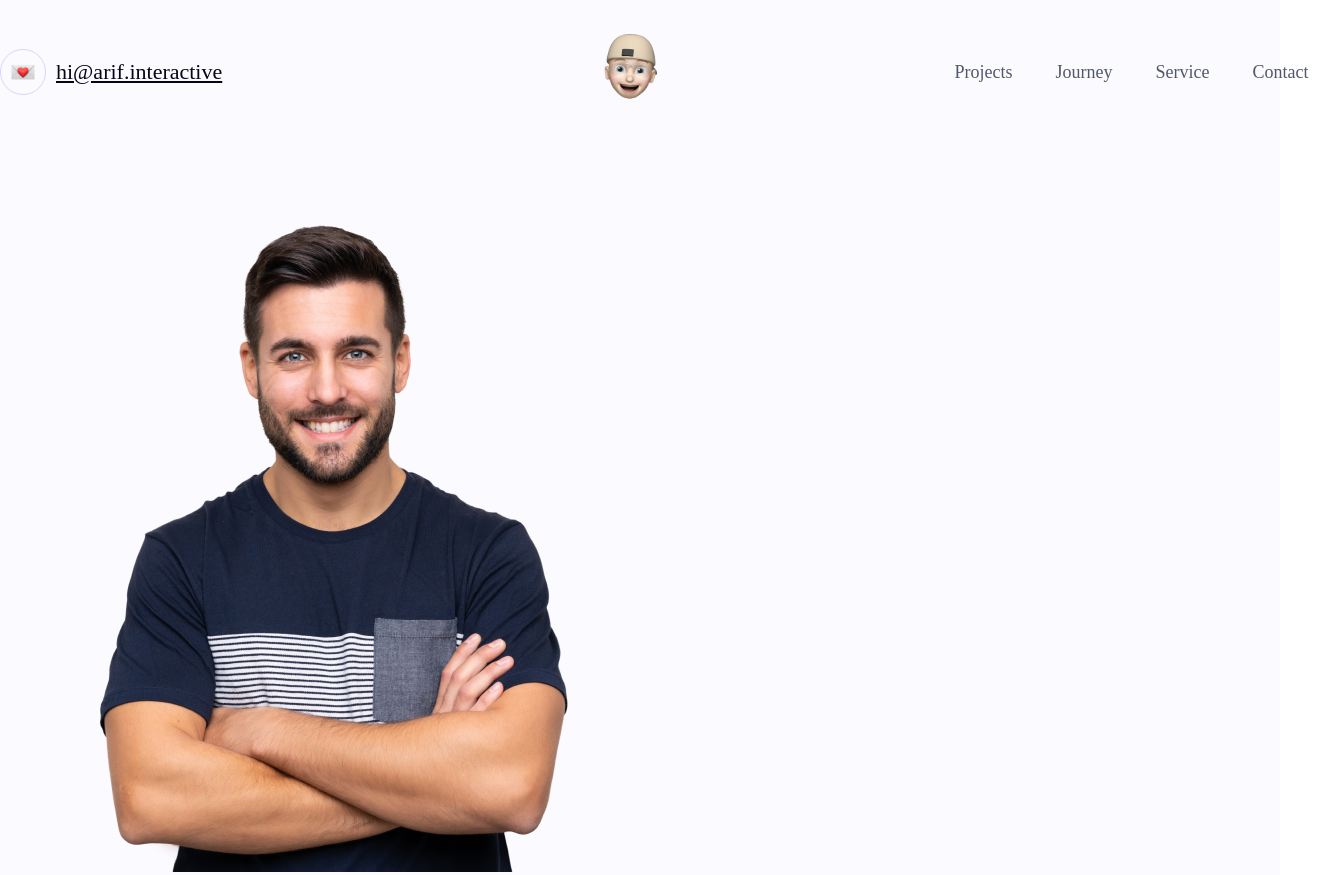
Repository: trantangtuan/project-06-grid-system12column-demo
Page: index.html
The author's editor kept a copy of each file at every save. The page is drawn from the files as they stood at one save, then again after the next save.
The browser window is 1280 px wide. The page is 1330 px wide, so the pictures cover 1330 px, including what lies to the right of the window. The pictures show the whole page.

Above is the page before, as saved 2024-07-12 20:34:57.

After the next save:
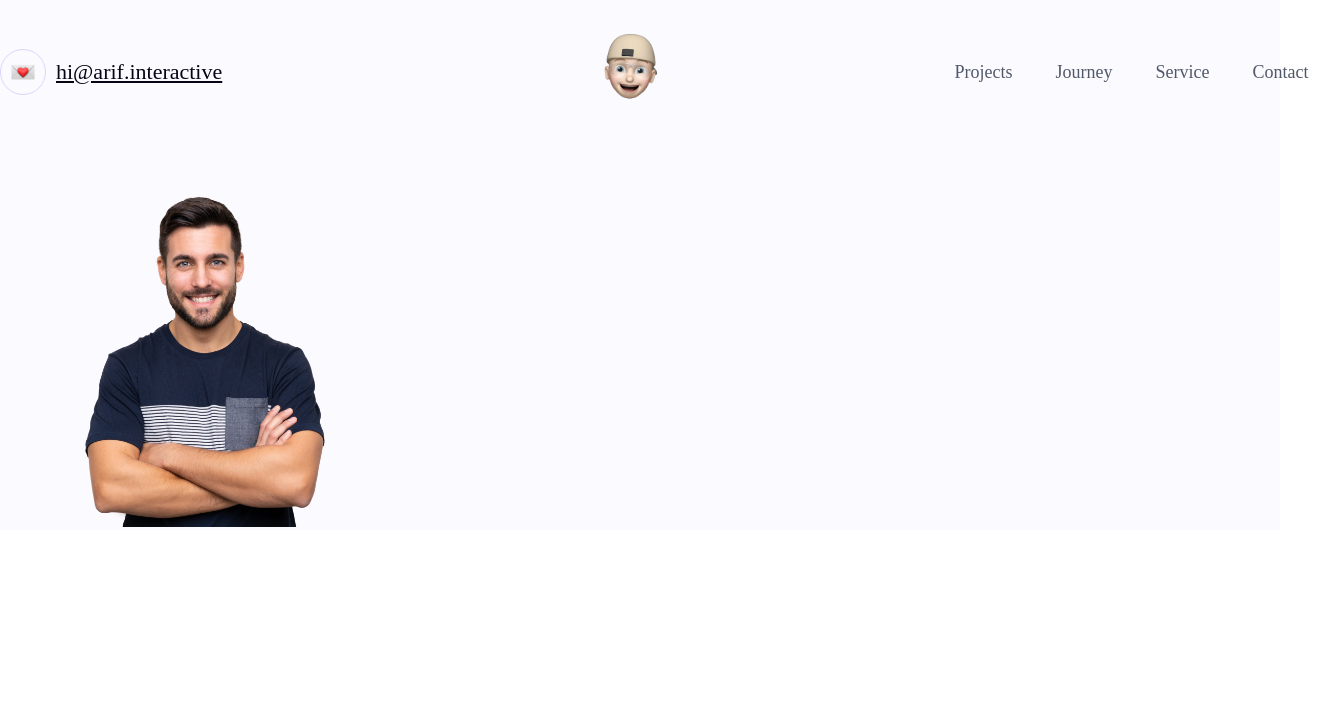
Saved 33 s later.
--- a/assets/css/style.css
+++ b/assets/css/style.css
@@ -98,3 +98,7 @@ a {
   padding-top: 44px;
   background-color: #fbfaff;
 }
+
+.hero__img {
+  width: 100%;
+}
